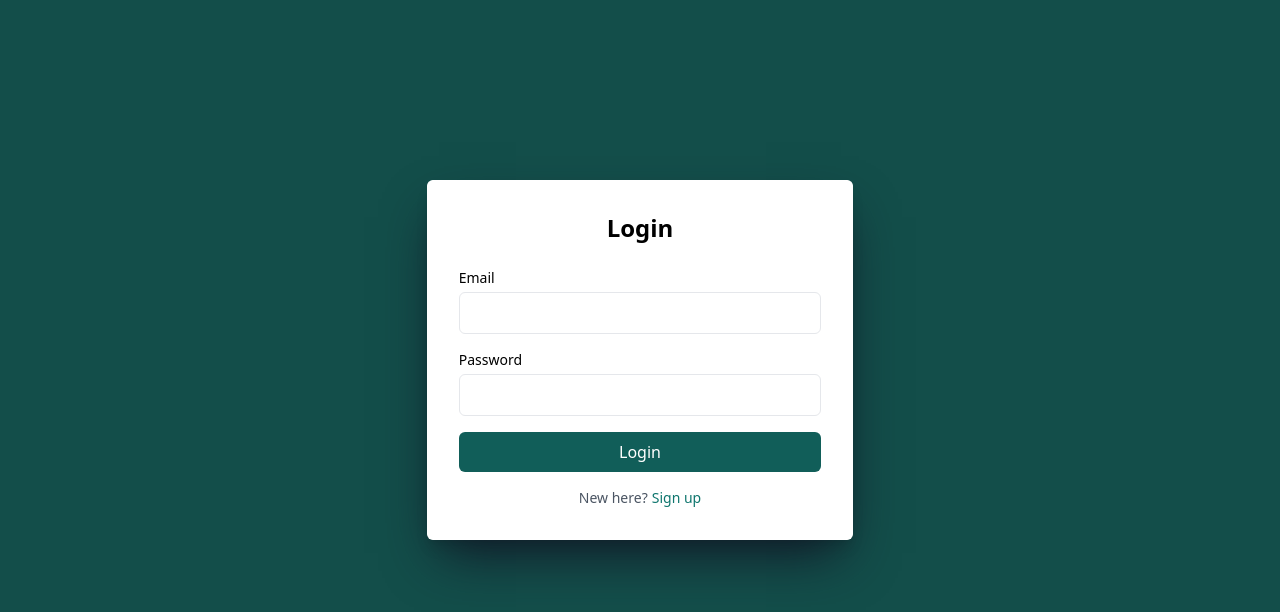
Repository: alizey12/POS-React-website
Page: /
These files come from the project's save history. The page is drawn as it stood at one moment and after a run of saves; the edit follows.
The browser window is 1280 px wide. The pictures show the whole page.
The project was rebuilt for these pictures with package versions that can differ from the ones it lists, and the page was loaded fresh each time. Also part of the build but not shown: vite.config.js, src/navbar.jsx, src/sidebar.jsx, src/Dashboard.jsx.

Above is the page before, as saved 2024-12-31 15:42:14.

### src/App.jsx
import { BrowserRouter as Router, Routes, Route } from 'react-router-dom';
import LoginPage from "./login"
import Dashboard from './Dashboard';

function App() {
  return (
    <Router>
      <Routes>
        <Route path="/" element={<LoginPage />} />
        <Route path="/dashboard" element={<Dashboard />} />
      </Routes>
    </Router>
  );
}

export default App;

### src/login.jsx
import { useState } from 'react';
import toast, { Toaster } from 'react-hot-toast';
import { useNavigate } from 'react-router-dom';

const SignupLogin = () => {
  const [isLogin, setIsLogin] = useState(true);
  const [formData, setFormData] = useState({
    email: '',
    password: '',
    Role: '',

  });
  const [errors, setErrors] = useState({});
  const [storedUser, setStoredUser] = useState(null);
  const navigate = useNavigate();

  const toggleForm = () => setIsLogin(!isLogin);

  const handleChange = (e) => {
    const { name, value } = e.target;
    setFormData({ ...formData, [name]: value });
    setErrors({ ...errors, [name]: '' }); // Clear error on change
  };

  const validateForm = () => {
    const newErrors = {};
    if (!formData.email) newErrors.email = 'Please enter email';
    if (!formData.password) newErrors.password = 'Please enter password';
    if (!isLogin && formData.password !== formData.confirmPassword) {
      newErrors.confirmPassword = 'Passwords do not match';
    }
    setErrors(newErrors);
    return Object.keys(newErrors).length === 0;
  };

  const handleSubmit = (e) => {
    e.preventDefault();
    if (!validateForm()) return;

    const { email, password } = formData;

    if (isLogin) {
      if (storedUser && email === storedUser.email && password === storedUser.password) {
        toast.success('Login successful!');
        setTimeout(() => navigate('/dashboard'), 1500);
      } else {
        toast.error('Your email or password is incorrect. Please try again.');
      }
    } else {
      setStoredUser({ email, password });
      toast.success('Signup successful!');
      setTimeout(() => setIsLogin(true), 1500);
    }
  };

  return (
    <div className="flex items-center justify-center min-h-screen bg-teal-900 to-yellow-500">
      <div className=" bg-white w-1/3 shadow-lg rounded-lg">

        <div className="w-full bg-white rounded-md shadow-gray-900 shadow-2xl p-8 justify-center">
          <h2 className="text-2xl font-bold text-center ">
            {isLogin ? 'Login' : 'Sign Up'}
          </h2>
          <form onSubmit={handleSubmit} className="mt-6 space-y-4">
            <div>
              <label className="block text-sm font-medium ">Email</label>
              <input
                type="email"
                name="email"
                value={formData.email}
                onChange={handleChange}
                className="mt-1 block w-full p-2 border rounded-md focus:outline-none focus:ring-blue-500 focus:border-blue-500"
              />
              {errors.email && <p className="text-red-500 text-sm mt-1">{errors.email}</p>}
            </div>
            <div>
              <label className="block text-sm font-medium ">Password</label>
              <input
                type="password"
                name="password"
                value={formData.password}
                onChange={handleChange}
                className="mt-1 block w-full p-2 border rounded-md focus:outline-none focus:ring-blue-500 focus:border-blue-500"
              />
              {errors.password && <p className="text-red-500 text-sm mt-1">{errors.password}</p>}
            </div>
            {!isLogin && (
              <div>
                <label className="block text-sm font-medium ">Confirm Password</label>
                <input
                  type="password"
                  name="confirmPassword"
                  value={formData.confirmPassword}
                  onChange={handleChange}
                  className="mt-1 block w-full p-2 border rounded-md focus:outline-none focus:ring-blue-500 focus:border-blue-500"
                />
                {errors.confirmPassword && <p className="text-red-500 text-sm mt-1">{errors.confirmPassword}</p>}
              </div>
            )}
            <button
              type="submit"
              className="w-full bg-teal-800 text-white p-2 rounded-md hover:bg-teal-600 focus:outline-none focus:ring-2 focus:ring-blue-500 focus:ring-offset-2"
            >
              {isLogin ? 'Login' : 'Sign Up'}
            </button>
          </form>
          <p className="text-center text-sm text-gray-600 mt-4">
            {isLogin ? 'New here?' : 'Already have an account?'}
            <button
              type="button"
              onClick={toggleForm}
              className="ml-1 text-teal-700 hover:underline"
            >
              {isLogin ? 'Sign up' : 'Login'}
            </button>
          </p>
        </div>
      </div>
      <Toaster />
    </div>
  );
};

export default SignupLogin;

Loaded but not shown: index.html (common file); src/main.jsx (common file); src/index.css (common file); tailwind.config.js (common file)

After the next 2 saves:
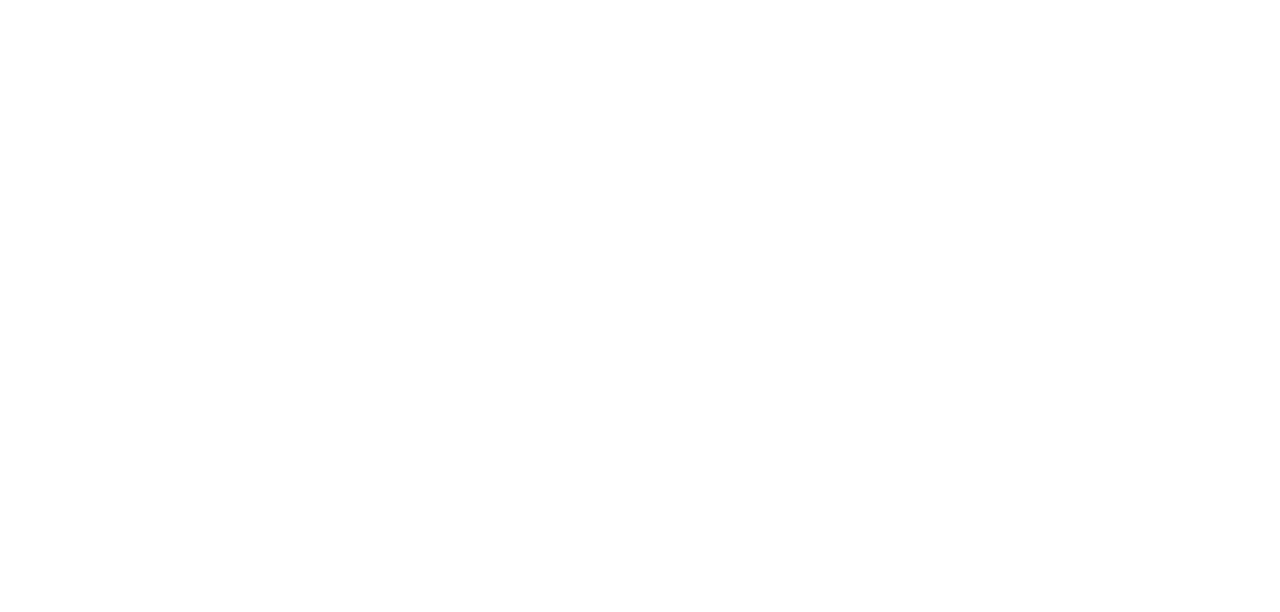
Console error: ReferenceError: Role is not defined
The 2 saves are shown as one change because they came seconds apart.
The last was saved 7 s later.
--- a/src/login.jsx
+++ b/src/login.jsx
@@ -7,7 +7,8 @@
   const [formData, setFormData] = useState({
     email: '',
     password: '',
-    Role: '',
+    confirmPassword: '',
+    Role
 
   });
   const [errors, setErrors] = useState({});

After the save that followed:
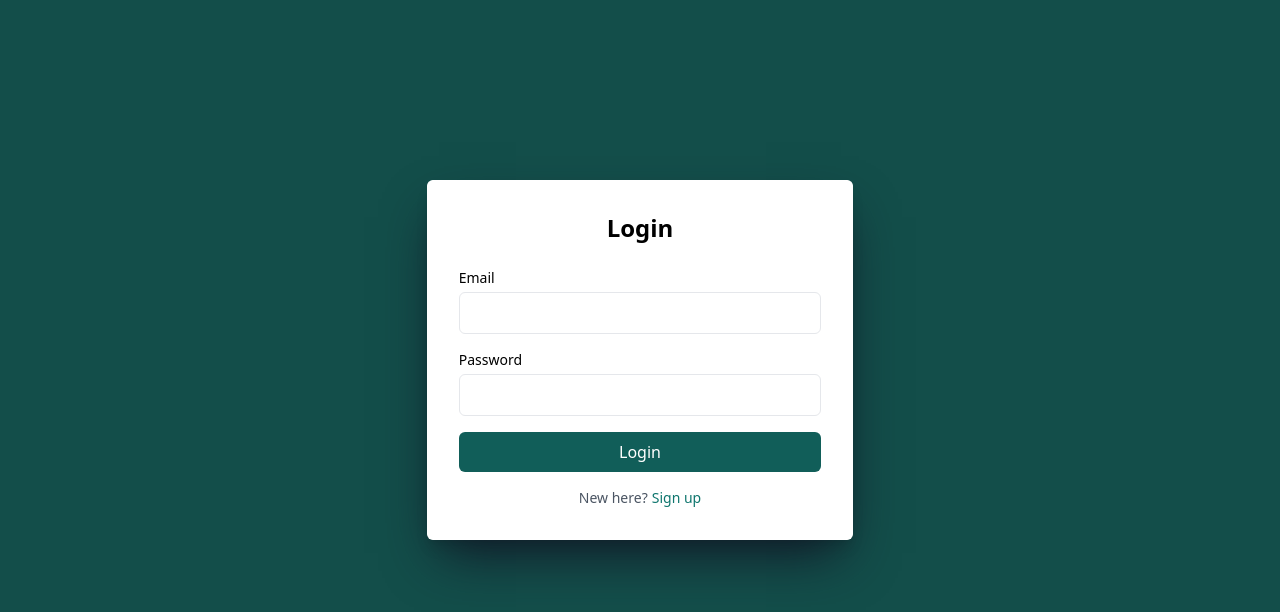
The error is gone.
Saved 4 s later.
--- a/src/login.jsx
+++ b/src/login.jsx
@@ -8,7 +8,7 @@
     email: '',
     password: '',
     confirmPassword: '',
-    Role
+    Role:''
 
   });
   const [errors, setErrors] = useState({});
